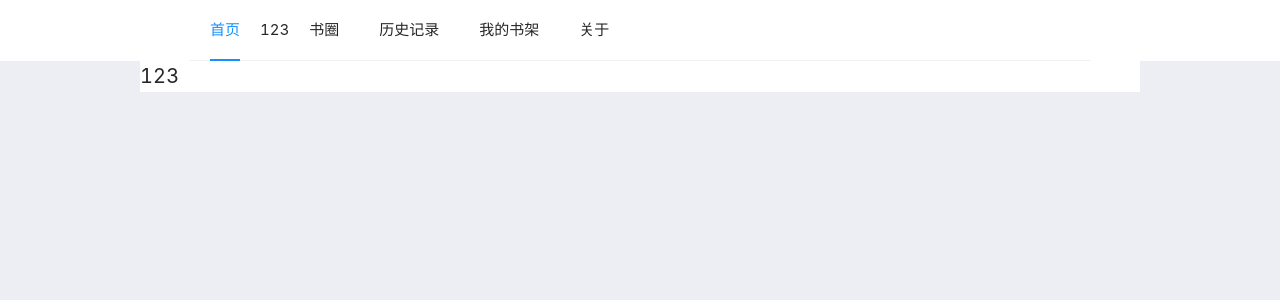
Repository: Fengjing95/book-react
Page: /
The author's editor kept a copy of each file at every save. The page is drawn from the files as they stood at one save, then again after the next save.
The browser window is 1280 px wide. The pictures show the whole page.
The project was rebuilt for these pictures with package versions that can differ from the ones it lists, and the page was loaded fresh each time.

Above is the page before, as saved 2021-02-19 11:37:15.

### src/index.js
/*
 * @Date: 2021-01-24 10:37:12
 * @LastEditors: 小枫
 * @description: 配置
 * @LastEditTime: 2021-01-24 11:21:08
 * @FilePath: \book-react\src\index.js
 */
import React from 'react';
import ReactDOM from 'react-dom';
import './index.css';
import App from './App';
// import reportWebVitals from './reportWebVitals';
import axios from 'axios';
import 'antd/dist/antd.css';

// 配置axios
axios.defaults.baseURL = '/api'
// 配置请求拦截
axios.interceptors.request.use(
  config => {
    config.headers.Authorization = window.localStorage.getItem('token')
    return config;
  },
  err => {
    return Promise.reject(err);
  }
);
// 添加响应拦截器
axios.interceptors.response.use(
  function (response) {
    console.log(response);
    return response;
  },
  function (error) {
    // 对响应错误做点什么
    return Promise.reject(error);
  }
);
React.Component.prototype.$http = axios

ReactDOM.render(
  <React.StrictMode>
    <App />
  </React.StrictMode>,
  document.getElementById('root')
);

// If you want to start measuring performance in your app, pass a function
// to log results (for example: reportWebVitals(console.log))
// or send to an analytics endpoint. Learn more: https://bit.ly/CRA-vitals
// reportWebVitals();

### src/App.js
/*
 * @Date: 2021-01-24 10:37:12
 * @LastEditors: 小枫
 * @description: 主组件
 * @LastEditTime: 2021-02-19 11:28:44
 * @FilePath: \book-react\src\App.js
 */
import './App.css';
import { BrowserRouter as Router } from "react-router-dom"
import { renderRoutes } from 'react-router-config'
import { routes } from './router/index'
import MyMenu from './components/MyMenu/MyMenu'

function AppRouter() {
  return <div>
      <Router>
        <MyMenu />
        <div className="App">
          {renderRoutes(routes)}
        </div>
      </Router>
    </div >
}

export default AppRouter

### src/App.css
.App {
  /* text-align: center; */
  width: 1000px;
  margin: 0 auto;
  background-color: #fff;
}


.App-logo {
  height: 40vmin;
  pointer-events: none;
}

@media (prefers-reduced-motion: no-preference) {
  .App-logo {
    animation: App-logo-spin infinite 20s linear;
  }
}

.App-header {
  background-color: #282c34;
  min-height: 100vh;
  display: flex;
  flex-direction: column;
  align-items: center;
  justify-content: center;
  font-size: calc(10px + 2vmin);
  color: white;
}

.App-link {
  color: #61dafb;
}

@keyframes App-logo-spin {
  from {
    transform: rotate(0deg);
  }
  to {
    transform: rotate(360deg);
  }
}

### src/router/index.js
/*
 * @Date: 2021-01-24 11:15:58
 * @LastEditors: 小枫
 * @description: description
 * @LastEditTime: 2021-01-24 11:19:53
 * @FilePath: \book-react\src\router\index.js
 */
import Home from '../pages/Home/Home'

export const routes = [
  {
    path: '/',
    exact: true,
    component: Home
  },
  // {
  //   path: '/list/:id',
  //   component: InputList,
  //   routes: [
  //     {
  //       path: '/list/:id/h',
  //       component: News
  //     }
  //   ]
  // }
]

### src/components/MyMenu/MyMenu.jsx
import React, { Component } from 'react'
import { Menu } from 'antd'
import { Link } from "react-router-dom"
import './menu.sass'

export class MyMenu extends Component {
  constructor(props) {
    super(props)

    this.state = {
      current: 'home',
      menu: [
        { name: '首页', route: '/', key: 'home' },
        { name: '书圈', route: '/discussion', key: 'discussion' },
        { name: '历史记录', route: '/history', key: 'history' },
        { name: '我的书架', route: '/collection', key: 'collection' },
        { name: '关于', route: '/about', key: 'about' }
       ]
    }
  }

  menuHandler = (e) => {
    this.setState({
      current: e.key
    })
  }

  render() {
    return (
      <div className="menu-bg">
        <Menu
        selectedKeys={[this.state.current]}
        mode="horizontal" onClick={this.menuHandler}
        style={{ lineHeight: '60px', fontSize: '15px', width: '900px', margin: '0 auto' }}>
        {
          this.state.menu.map((item) => {
            return <Menu.Item key={item.key}>
              <Link to={item.route}>{ item.name }</Link>
            </Menu.Item>
          })
        }
        <div>123</div>
      </Menu>
      </div>
    )
  }
}

export default MyMenu

### src/pages/Home/Home.jsx
import React, { Component } from 'react'
import './home.sass'

export class Home extends Component {
  constructor(props) {
    super(props)

    this.state = {
      msg: '123',
    }
  }

  render() {
    return (
      <div className="msg">
        {this.state.msg}
      </div>
    )
  }
}

export default Home

### src/components/MyMenu/menu.sass
.menu-bg
  width: 100%
  background-color: #fff

### src/pages/Home/home.sass
.msg
  font-size: 20px

Loaded but not shown: public/index.html (common file); src/index.css (common file)

After the next save:
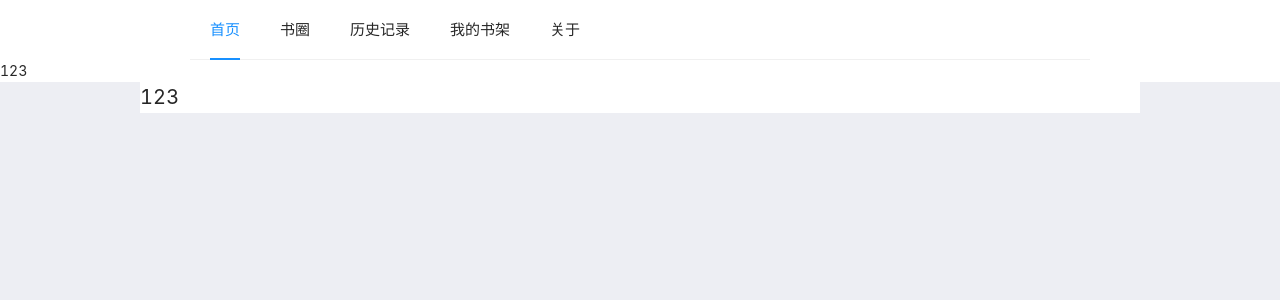
Saved 29 s later.
--- a/src/components/MyMenu/MyMenu.jsx
+++ b/src/components/MyMenu/MyMenu.jsx
@@ -15,7 +15,7 @@
         { name: '历史记录', route: '/history', key: 'history' },
         { name: '我的书架', route: '/collection', key: 'collection' },
         { name: '关于', route: '/about', key: 'about' }
-       ]
+      ]
     }
   }
 
@@ -29,18 +29,18 @@
     return (
       <div className="menu-bg">
         <Menu
-        selectedKeys={[this.state.current]}
-        mode="horizontal" onClick={this.menuHandler}
-        style={{ lineHeight: '60px', fontSize: '15px', width: '900px', margin: '0 auto' }}>
-        {
-          this.state.menu.map((item) => {
-            return <Menu.Item key={item.key}>
-              <Link to={item.route}>{ item.name }</Link>
-            </Menu.Item>
-          })
-        }
+          selectedKeys={[this.state.current]}
+          mode="horizontal" onClick={this.menuHandler}
+          style={{ lineHeight: '60px', fontSize: '15px', width: '900px', margin: '0 auto' }}>
+          {
+            this.state.menu.map((item) => {
+              return <Menu.Item key={item.key}>
+                <Link to={item.route}>{item.name}</Link>
+              </Menu.Item>
+            })
+          }
+        </Menu>
         <div>123</div>
-      </Menu>
       </div>
     )
   }
